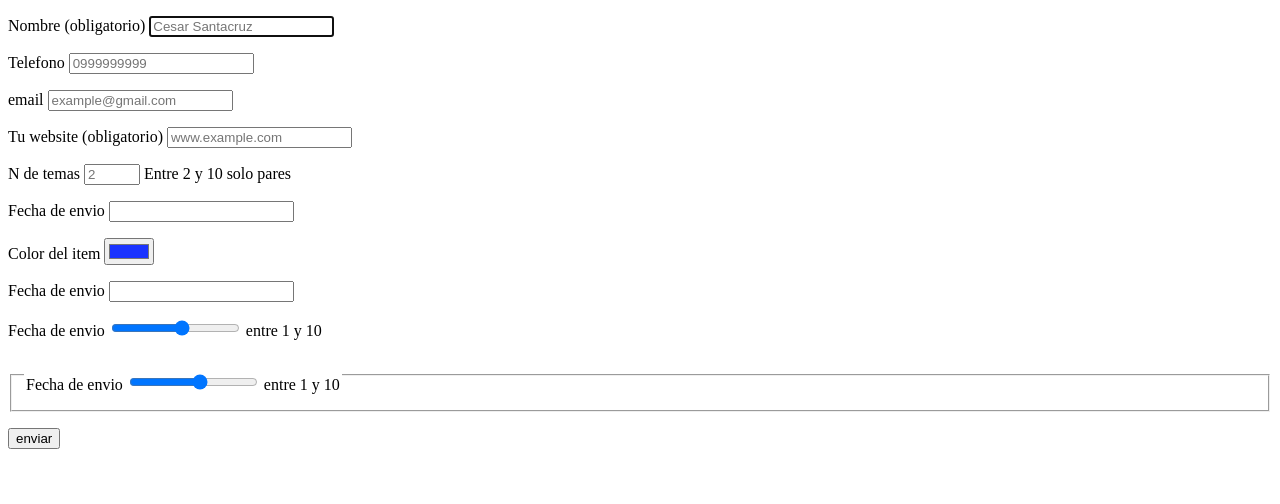
Repository: cesarsant0203/My_Study
Page: Introducción al desarrollo web/formulario.html
An editor plug-in stored every save of this project. The page is shown before and after a run of saves, followed by the edit.
The browser window is 1280 px wide. The pictures show the whole page.

Above is the page before, as saved 2020-04-27 19:47:11.

After the next 3 saves:
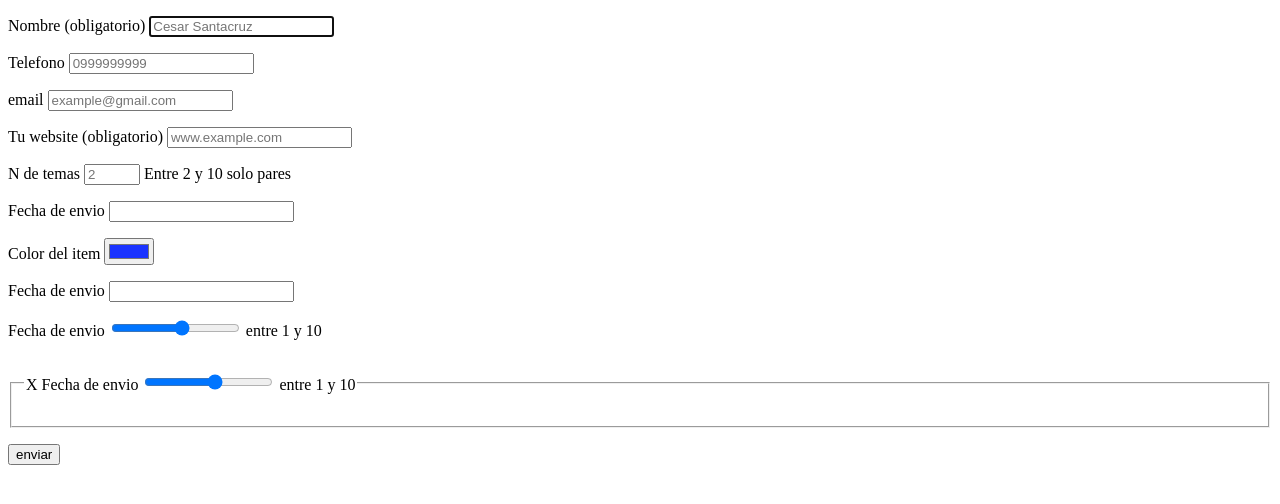
The 3 saves are shown as one change because they came seconds apart.
The last was saved 8 s later.
--- a/Introducción al desarrollo web/formulario.html
+++ b/Introducción al desarrollo web/formulario.html
@@ -67,7 +67,7 @@
         <p>
         <fieldset>
             <legend>
-                <p></p><label for="points"> Fecha de envio</label>
+                <p>X<label for="points"> Fecha de envio</label>
                 <input type="range" name="points" id="points" min="1" max="10"> entre 1 y 10
                 </legend>
         </fieldset>

After the 3 saves that followed:
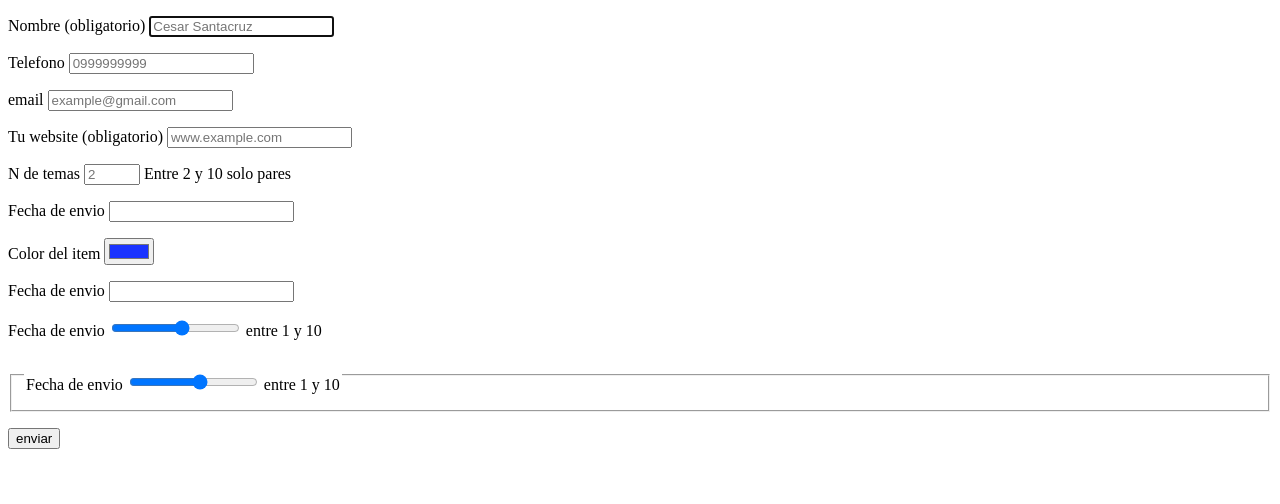
The 3 saves are shown as one change because 1 left the picture as it was and some came seconds apart.
The last was saved 13 s later.
--- a/Introducción al desarrollo web/formulario.html
+++ b/Introducción al desarrollo web/formulario.html
@@ -67,7 +67,7 @@
         <p>
         <fieldset>
             <legend>
-                <p>X<label for="points"> Fecha de envio</label>
+                <p></p><label for="points"> Fecha de envio</label>
                 <input type="range" name="points" id="points" min="1" max="10"> entre 1 y 10
                 </legend>
         </fieldset>
